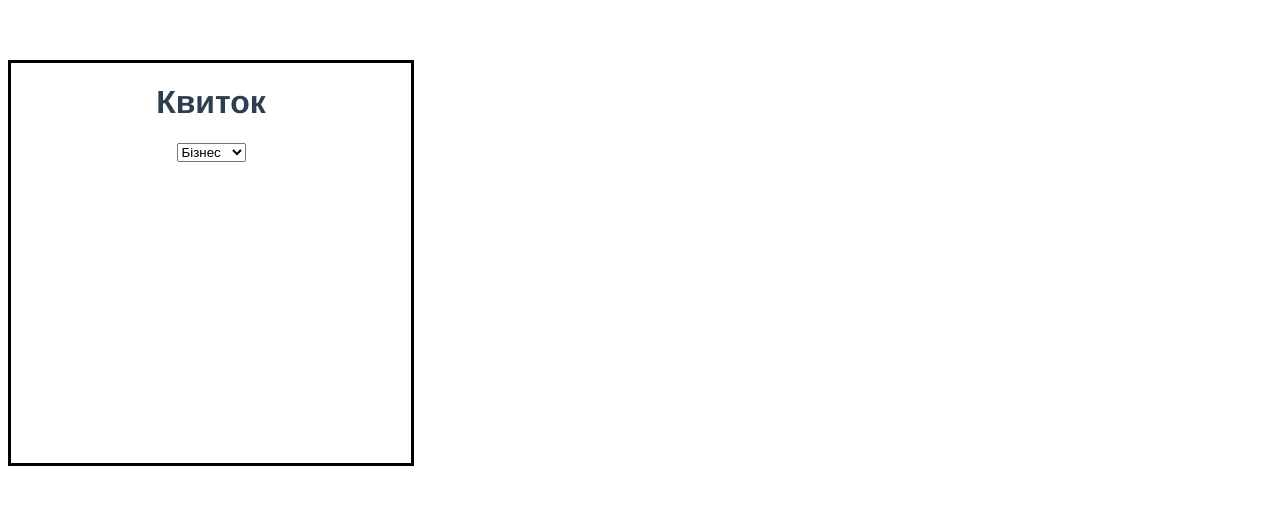
Repository: Salexandraa/HOME_Subotina
Page: / (app in plane-tickets/)
The author's editor kept a copy of each file at every save. The page is drawn from the files as they stood at one save, then again after the next save.
The browser window is 1280 px wide. The pictures show the whole page.
The project was rebuilt for these pictures with package versions that can differ from the ones it lists, and the page was loaded fresh each time.

Above is the page before, as saved 2020-10-10 19:23:20.

### plane-tickets/src/App.vue
<template>
  <div id="app">
   <ticket/>
  </div>
</template>

<script>
import Ticket from './components/Ticket'

export default {
  name: 'App',
  components: {
    Ticket
  }
}
</script>

<style>
#app {
  font-family: Avenir, Helvetica, Arial, sans-serif;
  -webkit-font-smoothing: antialiased;
  -moz-osx-font-smoothing: grayscale;
  text-align: center;
  color: #2c3e50;
  margin-top: 60px;
}
</style>

### plane-tickets/src/components/Ticket/index.vue
<template>
    <div class="container">
        <div>
            <h1>Квиток</h1>
        </div>
<div>
    <select> Оберіть клас
        <option value="buisness">Бізнес</option>
        <option value="econom">Економ</option>
    </select>

</div>
    </div>
</template>

<script>
// Задача 2. З випадаючого списку вибираємо клас квитка у літаку. Якщо
// 1) бізнес -  виводимо елементи для вибору газети та коньяку
// (якщо вибрано коньяк, то запропонувати закуску (так/ні)),
// 2) економ – виводимо елементи для вибору типу пива і чипсів.

    export default {
        name:"Tickets",

    }
</script>

<style lang="css" scoped>
.container{
    border: black solid;
    width: 400px;
    height: 400px;
}

</style>

Loaded but not shown: plane-tickets/public/index.html (common file); plane-tickets/src/main.js (common file)

After the next save:
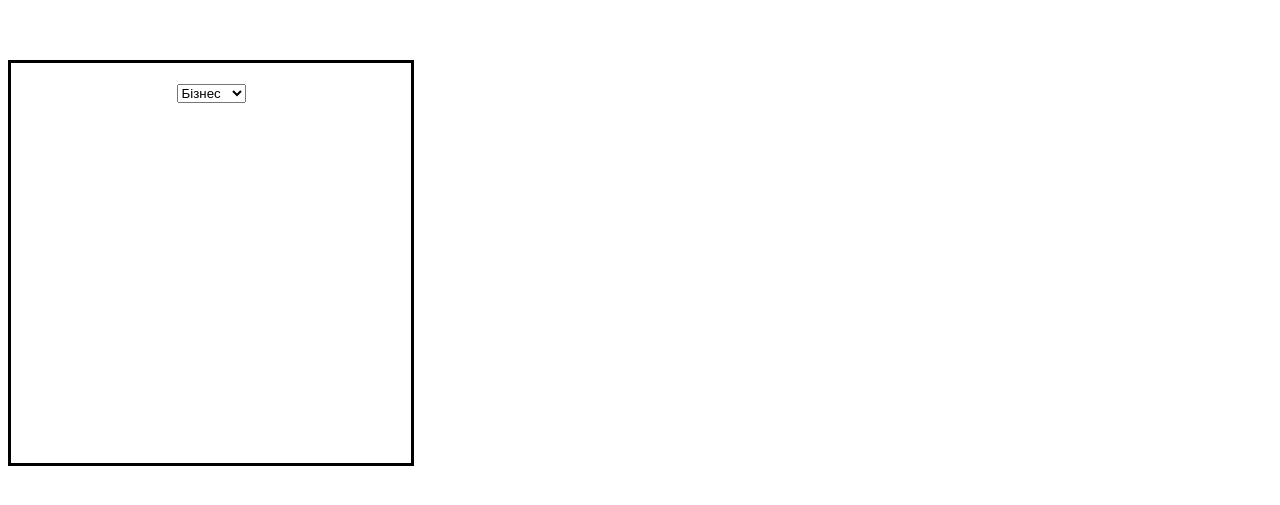
Saved 44 s later.
--- a/plane-tickets/src/components/Ticket/index.vue
+++ b/plane-tickets/src/components/Ticket/index.vue
@@ -1,7 +1,7 @@
 <template>
     <div class="container">
         <div>
-            <h1>Квиток</h1>
+            <h1>{{title}}</h1>
         </div>
 <div>
     <select> Оберіть клас
@@ -21,6 +21,12 @@
 
     export default {
         name:"Tickets",
+        props: {
+            title: {
+                type: String,
+                default: ''
+            },
+        },
 
     }
 </script>
